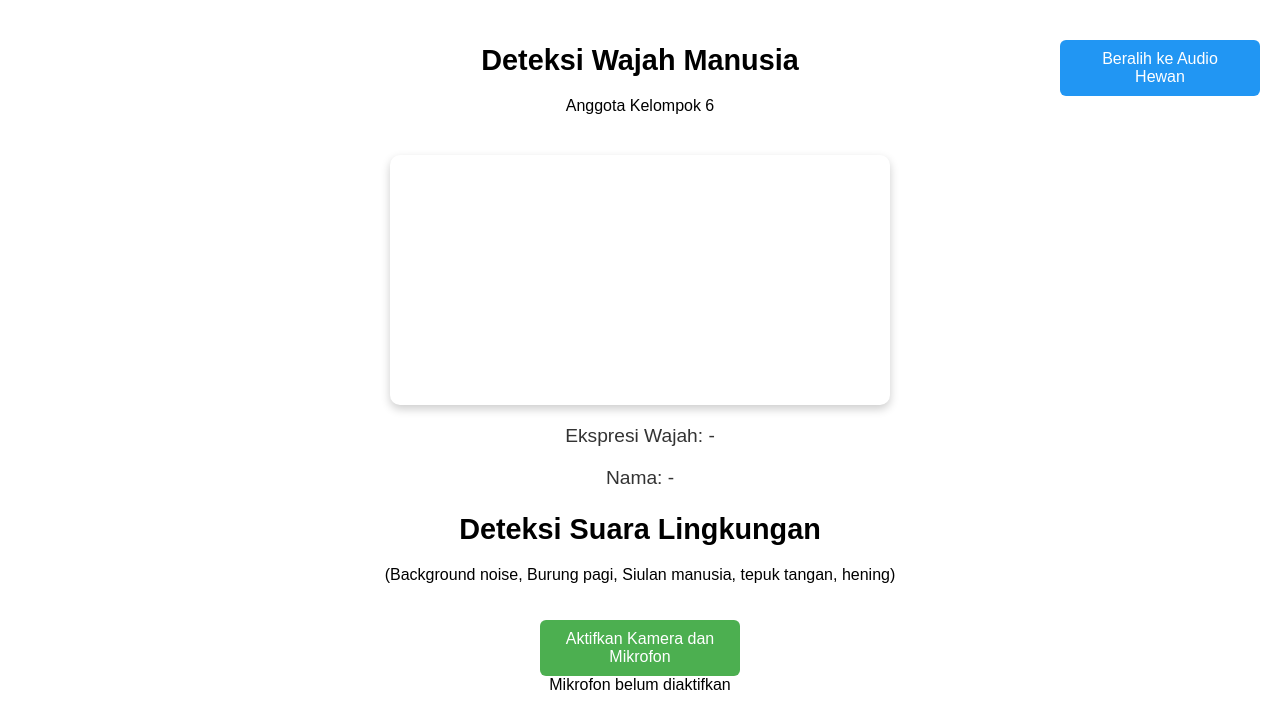
Repository: RalfyBawinto/working-teachable-machine
Page: index.html
These files come from the project's save history. The page is drawn as it stood at one moment and after the next save; the edit follows.
The browser window is 1280 px wide. The pictures show the whole page.

Above is the page before, as saved 2025-04-22 21:29:45.

### index.html
<!DOCTYPE html>
<html lang="id">
  <head>
    <meta charset="UTF-8" />
    <meta name="viewport" content="width=device-width, initial-scale=1.0" />
    <title>Deteksi Wajah dan Suara</title>
    <link rel="stylesheet" href="styles.css" />
  </head>

  <body>
    <h2>Deteksi Wajah Manusia</h2>
    <p>Anggota Kelompok 6</p>

    <div id="video-container">
      <video id="video" autoplay muted playsinline></video>
      <canvas
        id="canvas"
        width="400"
        height="300"
        style="display: none"
      ></canvas>
      <div class="output" id="face-output">Ekspresi Wajah: -</div>
      <div class="output" id="name-output">Nama: -</div>
    </div>

    <h2>Deteksi Suara Lingkungan</h2>
    <p>(Background noise, Burung pagi, Siulan manusia, tepuk tangan, hening)</p>

    <button id="toggle-button" onclick="toggleDeteksi()">
      Aktifkan Kamera dan Mikrofon
    </button>
    <div id="status">Mikrofon belum diaktifkan</div>
    <div id="label-container"></div>

    <button
      id="switch-button"
      onclick="window.location.href='audio-hewan.html'"
    >
      Beralih ke Audio Hewan
    </button>

    <!-- TensorFlow.js & Teachable Machine -->
    <script src="https://cdn.jsdelivr.net/npm/@tensorflow/tfjs@3.21.0/dist/tf.min.js"></script>
    <script src="https://cdn.jsdelivr.net/npm/@teachablemachine/image@0.8/dist/teachablemachine-image.min.js"></script>
    <script src="https://cdn.jsdelivr.net/npm/@tensorflow-models/speech-commands@0.4.0/dist/speech-commands.min.js"></script>

    <script type="text/javascript">
      const faceModelURL =
        "https://teachablemachine.withgoogle.com/models/oTtv--EQC/";
      const nameModelURL =
        "https://teachablemachine.withgoogle.com/models/1E0LcWWmy/";
      const URL = "https://teachablemachine.withgoogle.com/models/r1dg1ZGh5/";

      let faceModel, nameModel, recognizer;
      let video, canvas, ctx;

      let lastVoiceLabel = "";
      let lastVoiceScore = 0;
      let lastVoiceUpdateTime = 0;
      let isDeteksiAktif = false;
      let videoStreamTrack = null;
      let audioStreamTrack = null;

      async function createModel() {
        const checkpointURL = URL + "model.json";
        const metadataURL = URL + "metadata.json";
        recognizer = speechCommands.create(
          "BROWSER_FFT",
          undefined,
          checkpointURL,
          metadataURL
        );
        await recognizer.ensureModelLoaded();
      }

      async function startFaceDetection() {
        video = document.getElementById("video");
        canvas = document.getElementById("canvas");
        ctx = canvas.getContext("2d");

        try {
          faceModel = await tmImage.load(
            faceModelURL + "model.json",
            faceModelURL + "metadata.json"
          );
          nameModel = await tmImage.load(
            nameModelURL + "model.json",
            nameModelURL + "metadata.json"
          );

          const stream = await navigator.mediaDevices.getUserMedia({
            video: { facingMode: "user" },
            audio: false,
          });

          video.srcObject = stream;
          videoStreamTrack = stream.getVideoTracks()[0];

          video.onloadedmetadata = () => {
            video.play();
            loop(); // Mulai loop deteksi wajah
          };
        } catch (err) {
          console.error("Error:", err);
          alert("Gagal mengakses kamera.");
        }
      }

      async function loop() {
        ctx.drawImage(video, 0, 0, canvas.width, canvas.height);
        await predictFace();
        setTimeout(() => {
          requestAnimationFrame(loop);
        }, 800); // Delay 800ms antar prediksi
      }

      async function predictFace() {
        const prediction = await faceModel.predict(canvas);
        const highest1 = prediction.reduce(
          (max, p) => (p.probability > max.probability ? p : max),
          { probability: 0 }
        );
        document.getElementById("face-output").innerText = `Ekspresi Wajah: ${
          highest1.className
        } (${(highest1.probability * 100).toFixed(1)}%)`;

        const prediction3 = await nameModel.predict(canvas);
        const highest3 = prediction3.reduce(
          (max, p) => (p.probability > max.probability ? p : max),
          { probability: 0 }
        );

        const anggotaKelompok6 = [
          "Risky Imbat",
          "Felygio Tumiwa",
          "Jeremy Pongdatu",
          "Ralfy Bawinto",
          "Muhammad Luhung",
        ];
        const threshold = 0.8;

        if (
          highest3.probability >= threshold &&
          anggotaKelompok6.includes(highest3.className)
        ) {
          document.getElementById("name-output").innerText = `Nama: ${
            highest3.className
          } (${(highest3.probability * 100).toFixed(1)}%)`;
        } else {
          document.getElementById("name-output").innerText =
            "Nama: Bukan anggota kelompok 6";
        }
      }

      async function aktifkanDeteksi() {
        try {
          const stream = await navigator.mediaDevices.getUserMedia({
            audio: true,
            video: true,
          });

          audioStreamTrack = stream.getAudioTracks()[0];
          videoStreamTrack = stream.getVideoTracks()[0];
          isDeteksiAktif = true;

          document.getElementById("toggle-button").textContent =
            "Matikan Kamera dan Mikrofon";
          document.getElementById("status").textContent = "Mikrofon aktif 🎤";

          await createModel();
          const classLabels = recognizer.wordLabels();
          const labelContainer = document.getElementById("label-container");
          labelContainer.innerHTML = "";

          recognizer.listen(
            (result) => {
              const scores = result.scores;
              let maxScore = -1;
              let maxLabel = "";
              for (let i = 0; i < scores.length; i++) {
                if (scores[i] > maxScore) {
                  maxScore = scores[i];
                  maxLabel = classLabels[i];
                }
              }

              const now = Date.now();
              const scoreDiff = Math.abs(maxScore - lastVoiceScore);

              if (
                maxLabel !== lastVoiceLabel ||
                scoreDiff > 0.15 ||
                now - lastVoiceUpdateTime > 1500
              ) {
                lastVoiceLabel = maxLabel;
                lastVoiceScore = maxScore;
                lastVoiceUpdateTime = now;

                const percentage = (maxScore * 100).toFixed(2);
                labelContainer.innerHTML = `${maxLabel}: ${percentage}%`;
              }
            },
            {
              includeSpectrogram: true,
              probabilityThreshold: 0.75,
              invokeCallbackOnNoiseAndUnknown: true,
              overlapFactor: 0.5,
            }
          );

          startFaceDetection();
        } catch (err) {
          console.error("Gagal mengakses mikrofon/kamera:", err);
          document.getElementById("status").textContent =
            "Gagal mengakses mikrofon/kamera ❌";
        }
      }

      function matikanDeteksi() {
        if (audioStreamTrack) audioStreamTrack.stop();
        if (videoStreamTrack) videoStreamTrack.stop();
        if (recognizer) recognizer.stopListening();

        isDeteksiAktif = false;
        document.getElementById("toggle-button").textContent =
          "Aktifkan Kamera dan Mikrofon";
        document.getElementById("status").textContent = "Mikrofon dimatikan";
        document.getElementById("label-container").innerHTML = "";
      }

      async function toggleDeteksi() {
        if (isDeteksiAktif) {
          matikanDeteksi();
        } else {
          await aktifkanDeteksi();
        }
      }
    </script>
  </body>
</html>

### styles.css
/* ===== GLOBAL STYLES ===== */
body {
  font-family: Arial, sans-serif;
  text-align: center;
  padding: 20px;
  margin: 0;
}

h2 {
  font-size: 1.8rem;
  margin-bottom: 20px;
}

/* ===== DEFAULT BUTTON STYLE ===== */
button {
  margin-top: 20px;
  padding: 10px 20px;
  font-size: 16px;
  background-color: #4caf50;
  color: white;
  border: none;
  border-radius: 6px;
  cursor: pointer;
  width: 100%;
  max-width: 200px;
  transition: background-color 0.3s ease;
}

button:hover {
  background-color: #45a049;
}

/* ===== NAVIGATION BUTTONS (KEMBALI & LANJUT) ===== */
#back-button,
#next-button {
  position: absolute;
  top: 20px;
  padding: 20px;
  font-size: 16px;
  border: none;
  border-radius: 6px;
  color: white;
  background-color: #2196f3;
  cursor: pointer;
  transition: background-color 0.3s ease;
}

#back-button {
  left: 20px;
}

#next-button {
  right: 20px;
}

#back-button:hover,
#next-button:hover {
  background-color: #0b7dda;
}

/* ===== SWITCH BUTTON (TOP-RIGHT CORNER) ===== */
#switch-button {
  background-color: #2196f3;
  color: white;
  position: absolute;
  top: 20px;
  right: 20px;
  padding: 10px 20px;
  font-size: 16px;
  border: none;
  border-radius: 6px;
  cursor: pointer;
  transition: background-color 0.3s ease;
}

#switch-button:hover {
  background-color: #0b7dda;
}

/* ===== AUDIO-HEWAN STYLES ===== */
#audio-container {
  margin-top: 100px;
  display: flex;
  flex-direction: column;
  align-items: center;
}

#output {
  font-size: 1.5rem;
  margin-top: 30px;
  color: green;
}

#mic-status {
  margin-top: 10px;
  font-size: 1.2rem;
  color: blue;
  font-weight: bold;
}

/* ===== RESPONSIVENESS ===== */

/* Tablet (≤768px) */
@media (max-width: 768px) {
  h2 {
    font-size: 1.5rem;
  }

  #output {
    font-size: 1.3rem;
  }

  #mic-status {
    font-size: 1.1rem;
  }

  #back-button,
  #next-button,
  #switch-button {
    position: static;
    width: 100%;
    margin: 10px 0;
  }
}

/* Mobile (≤480px) */
@media (max-width: 480px) {
  h2 {
    font-size: 1.3rem;
  }

  button,
  #back-button,
  #next-button,
  #switch-button {
    font-size: 14px;
    padding: 10px 16px;
  }

  #output {
    font-size: 1.2rem;
  }

  #mic-status {
    font-size: 1rem;
  }
}

/* ===== VIDEO & CANVAS STYLES ===== */
#video {
  width: 100%;
  max-width: 500px;
  height: auto;
  border-radius: 10px;
  box-shadow: 0 4px 10px rgba(0, 0, 0, 0.2);
  margin: 0 auto;
}

#canvas {
  display: none;
}

.output {
  margin-top: 20px;
  font-size: 1.2rem;
  color: #333;
}

/* Container to center elements */
#video-container {
  margin-top: 40px;
  display: flex;
  flex-direction: column;
  align-items: center;
}

@media screen and (orientation: landscape) and (max-width: 768px) {
  #video {
    max-width: 100vw;
    height: auto;
  }
}

After the next save:
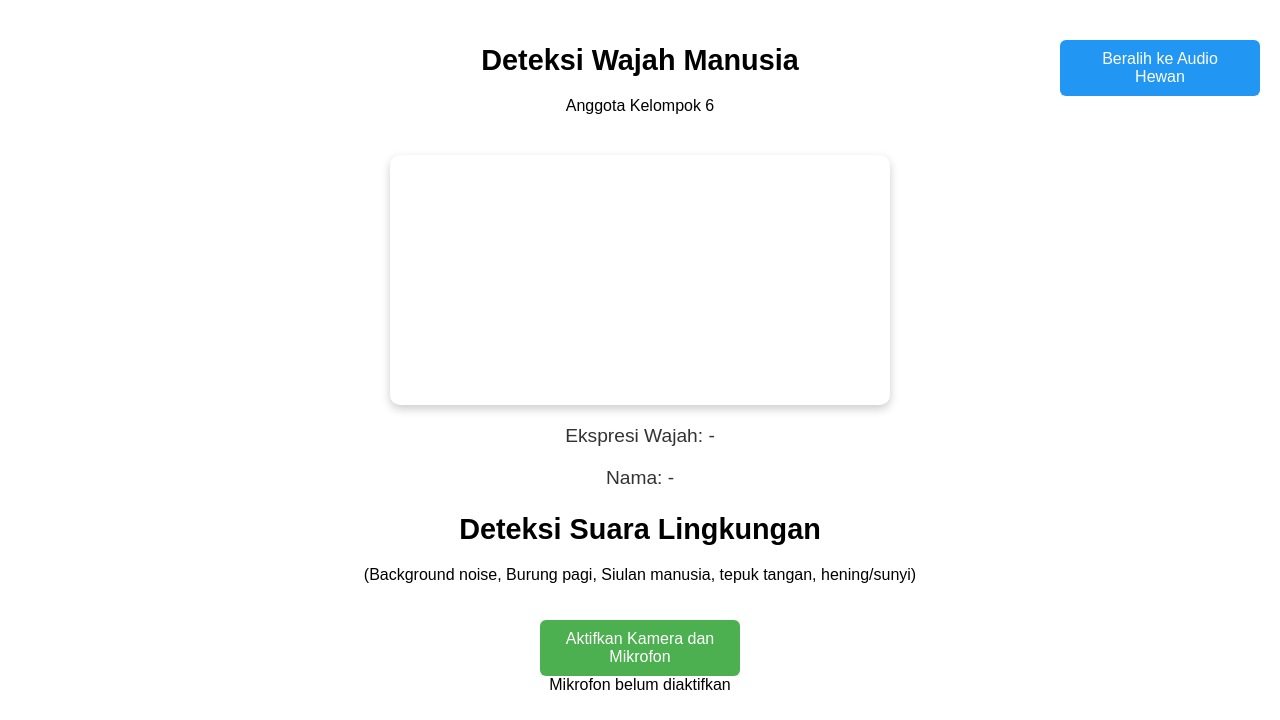
Saved 2 min 21 s later.
--- a/index.html
+++ b/index.html
@@ -24,7 +24,10 @@
     </div>
 
     <h2>Deteksi Suara Lingkungan</h2>
-    <p>(Background noise, Burung pagi, Siulan manusia, tepuk tangan, hening)</p>
+    <p>
+      (Background noise, Burung pagi, Siulan manusia, tepuk tangan,
+      hening/sunyi)
+    </p>
 
     <button id="toggle-button" onclick="toggleDeteksi()">
       Aktifkan Kamera dan Mikrofon
